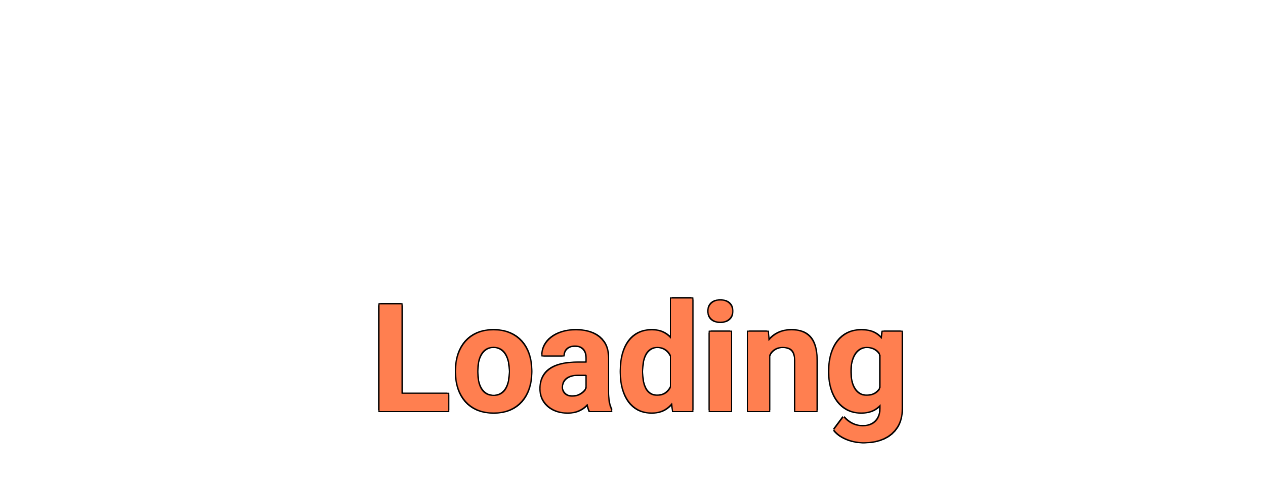
Repository: safak/animation
Page: index-4.html
The author's editor kept a copy of each file at every save. The page is drawn from the files as they stood at one save, then again after the next save.
The browser window is 1280 px wide. The pictures show the whole page.

Above is the page before, as saved 2020-12-17 00:40:45.

### index-4.html
<html lang="en">
  <head>
    <meta charset="UTF-8" />
    <meta name="viewport" content="width=device-width, initial-scale=1.0" />
    <link rel="stylesheet" href="style.css" />
    <link
      href="https://fonts.googleapis.com/css2?family=Roboto:wght@300;400;500;700;900&display=swap"
      rel="stylesheet"
    />
    <link
      rel="stylesheet"
      href="https://cdnjs.cloudflare.com/ajax/libs/font-awesome/5.15.1/css/all.min.css"
      integrity="sha512-+4zCK9k+qNFUR5X+cKL9EIR+ZOhtIloNl9GIKS57V1MyNsYpYcUrUeQc9vNfzsWfV28IaLL3i96P9sdNyeRssA=="
      crossorigin="anonymous"
    />
    <title>Document</title>
  </head>
  <body>
    <div class="container">
      <h1>Loading</h1>
    </div>
    </div>
  </body>
</html>

### style.css
* {
  margin: 0;
}

body {
  display: flex;
  align-items: center;
  justify-content: center;
  font-family: "Roboto", sans-serif;
}

.container {
  /* width: 300px;
  height: 300px; */
  display: flex;
  flex-direction: column;
  align-items: center;
  justify-content: center;
}

/* PAGE1

h1{
  color: coral;
}

.circle-container {
  display: flex;
}

.circle {
  width: 20px;
  height: 20px;
  border-radius: 50%;
  margin: 10px;
  animation: loading 1s infinite;
  opacity: 0;
}

.circle-1{
  background-color: tomato;
}

.circle-2{
  background-color: salmon;
}

.circle-3{
  background-color: coral;
}

@keyframes loading {
  100% {
    opacity: 1;
  }
} */

/* PAGE2

h1 {
  color: coral;
}

.circle-container {
  display: flex;
}

.circle {
  width: 20px;
  height: 20px;
  border-radius: 50%;
  margin: 10px;
  animation: loading .5s infinite alternate;
}

.circle-1 {
  background-color: tomato;
}

.circle-2 {
  background-color: salmon;
}

.circle-3 {
  background-color: coral;
}

@keyframes loading {
  25% {
    transform: translate(10px, -10px);
  }
  50% {
    transform: translate(20px, -20px);
  }
  75% {
    transform: translate(30px, -10px);
  }
  100% {
    transform: translate(30px, 0px);
  }
} */

/* PAGE3

h1 {
  color: coral;
  font-weight: 300;
  margin-top: ;
}

.circle-container {
  display: flex;
  border-bottom: 2px solid lightcoral;
  padding: 0px;
}

.circle {
  width: 20px;
  height: 20px;
  border-radius: 50%;
  margin: 0px 10px;
  animation: loading 0.5s infinite alternate;
}

.circle-1 {
  background-color: tomato;
}

.circle-2 {
  background-color: salmon;
  animation-delay: 0.1s;
}

.circle-3 {
  background-color: coral;
  animation-delay: .2s;
}

@keyframes loading {
  100% {
    transform: translateY(-100px);
  }
} */

/* PAGE3 */

h1 {
  font-size: 150px;
  width: 100%;
  height: 100%;
  display: flex;
  align-items: center;
  justify-content: center;
  text-shadow: -1px -1px 0 #000, 1px -1px 0 #000, -1px 1px 0 #000,
    1px 1px 0 #000;
  color: white;
  position: relative;
}

h1::before {
  content: "Loading";
  color: coral;
  top: 0;
  left: 0;
  /* overflow: hidden; */
  position: absolute;
  /* animation: move 4s infinite; */
}

@keyframes move {
  100% {
    width: 100%;
  }
}

After the next save:
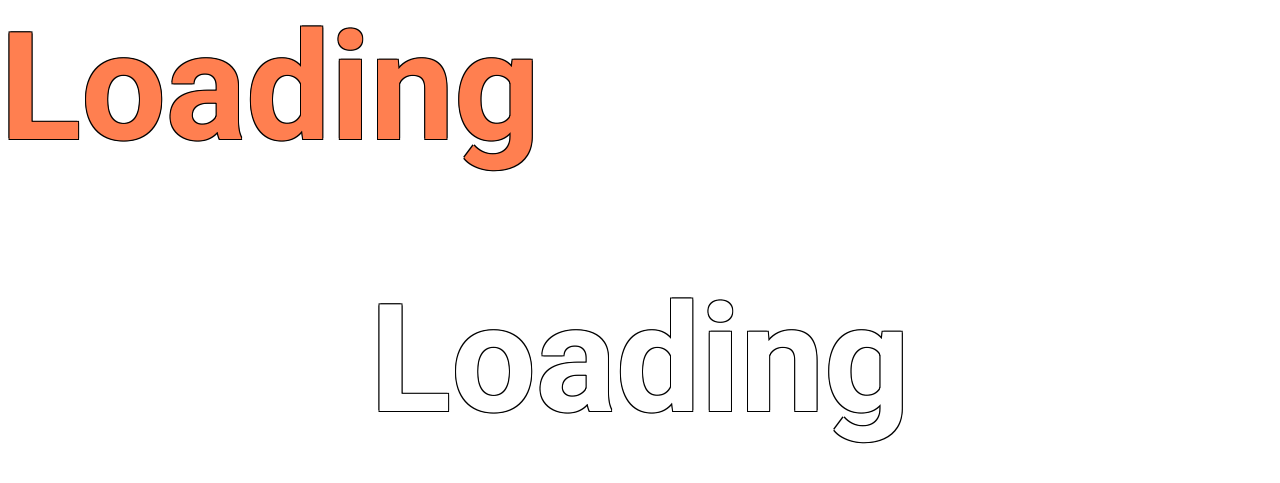
Saved 34 s later.
--- a/style.css
+++ b/style.css
@@ -10,8 +10,8 @@ body {
 }
 
 .container {
-  /* width: 300px;
-  height: 300px; */
+  width: 300px;
+  height: 300px;
   display: flex;
   flex-direction: column;
   align-items: center;
@@ -144,6 +144,11 @@ h1 {
 
 /* PAGE3 */
 
+.container {
+  width: 100%;
+  height: 100%;
+}
+
 h1 {
   font-size: 150px;
   width: 100%;

After the save that followed:
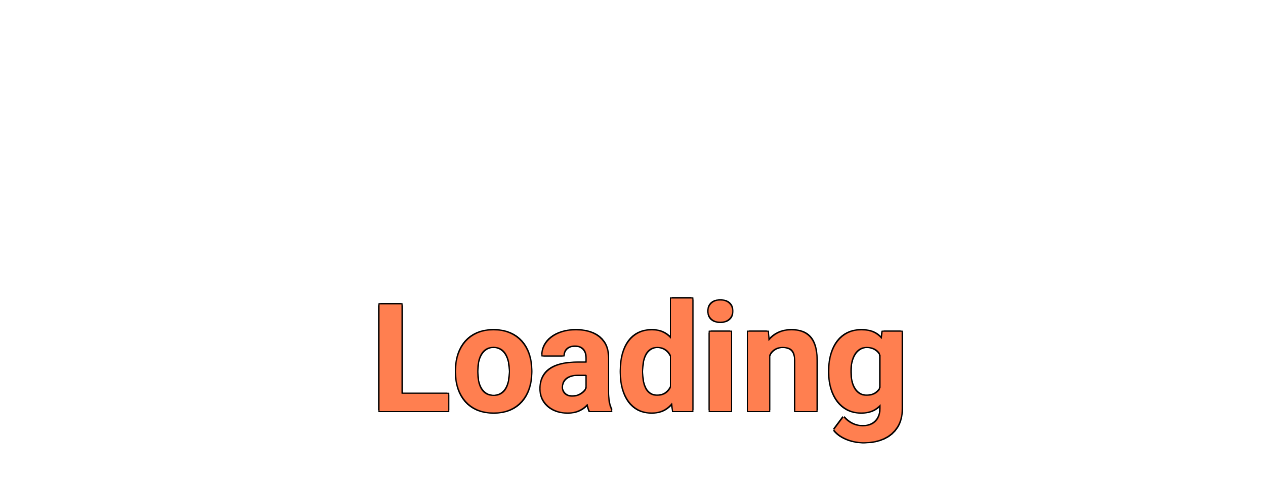
Saved 17 s later.
--- a/style.css
+++ b/style.css
@@ -145,8 +145,8 @@ h1 {
 /* PAGE3 */
 
 .container {
-  width: 100%;
-  height: 100%;
+  width: max-content;
+  height: max-content;
 }
 
 h1 {
